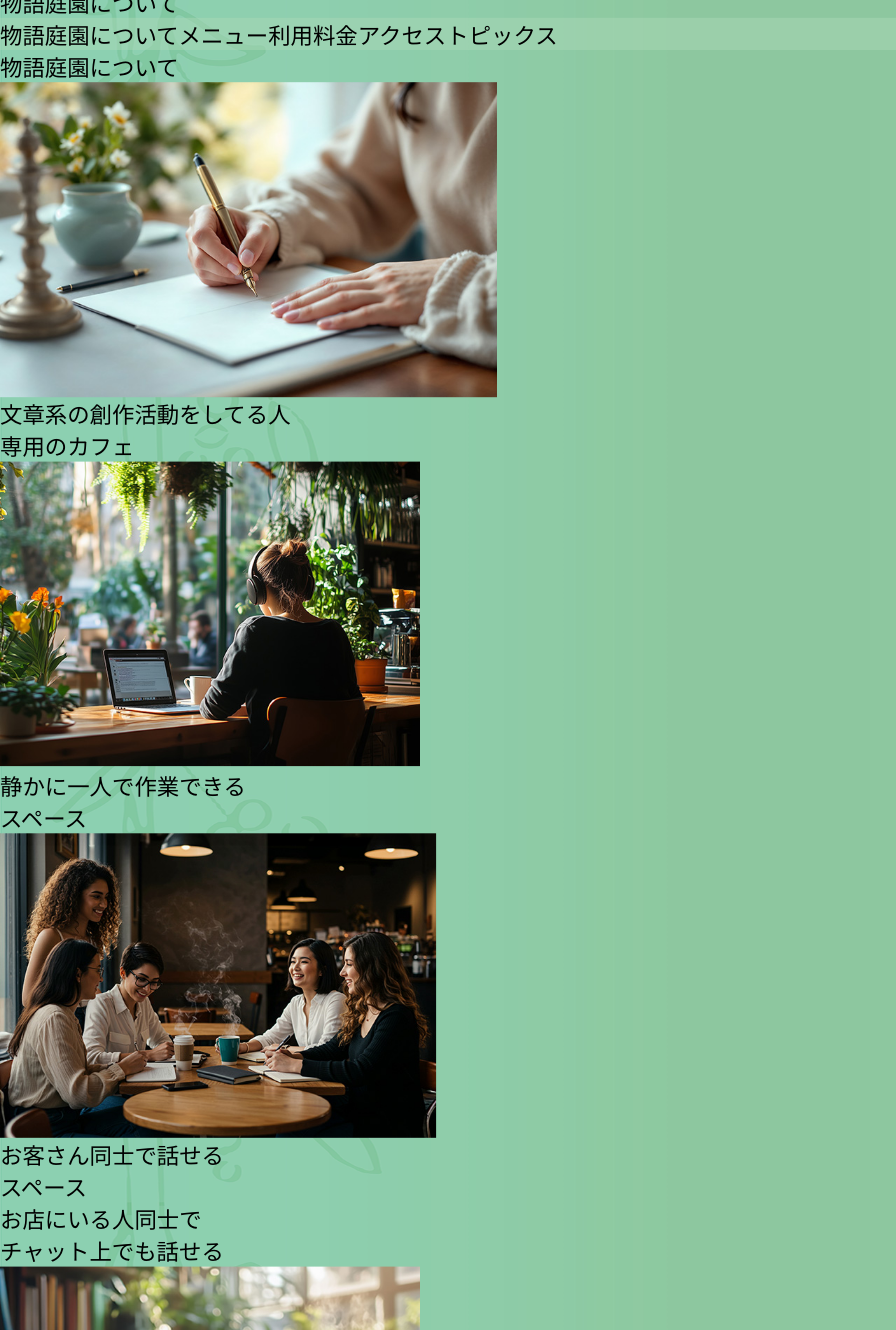
Repository: saka-kou/GardenStory
Page: index.html
An editor plug-in stored every save of this project. The page is shown before and after the next save, followed by the edit.
The browser window is 1280 px wide. The pictures show the part of the page from y = 328 to 2228 px (the page is 2619 px tall before and 2573 px after), at 70% of full size.
A picture or video elsewhere on the page could not be fetched, so the positions and the page height are approximate. Some web fonts or font styles are not loaded; a fallback is used.

Above is the page before, as saved 2025-07-23 17:18:14.

After the next save:
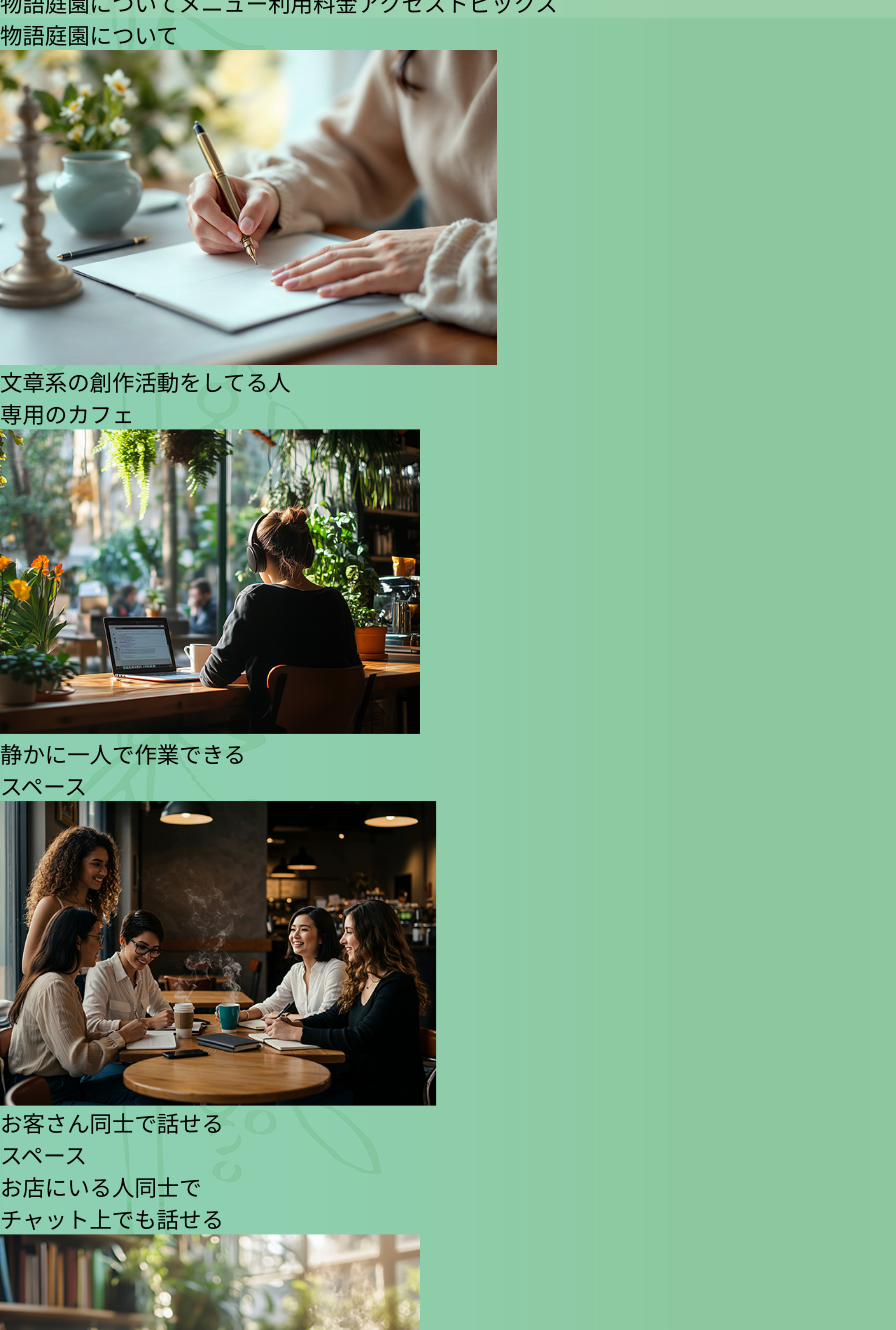
Saved 10 s later.
--- a/index.html
+++ b/index.html
@@ -14,7 +14,6 @@
     <h1><img src="images/logo.png" alt="物語庭園ロゴ"></h1>
     <div id="container">
 
-        <h1 class="consept-text">物語庭園について</h1>
         <ul id="gnavi" class="consept-text">
             <li>物語庭園について</li>
             <li>メニュー</li>
